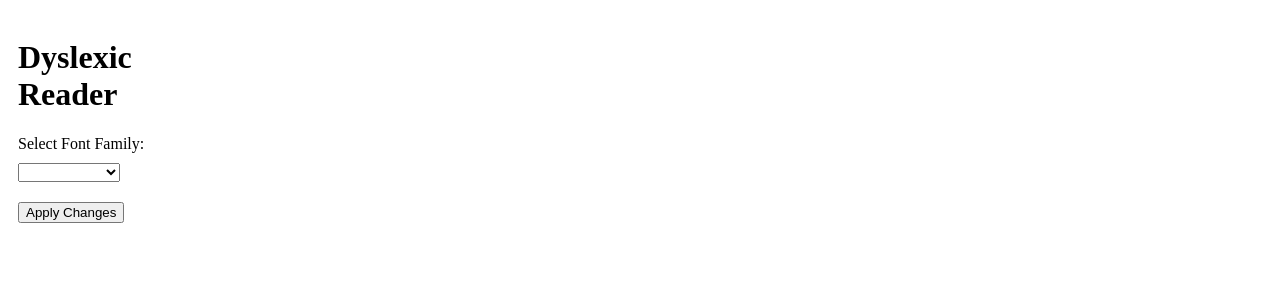
Repository: adatechschool/extension-navigateur-extension_walid_eliana_imelda
Page: extention 5/popup.html
An editor plug-in stored every save of this project. The page is shown before and after the next save, followed by the edit.
The browser window is 1280 px wide. The pictures show the whole page.

Above is the page before, as saved 2024-01-18 23:38:41.

After the next save:
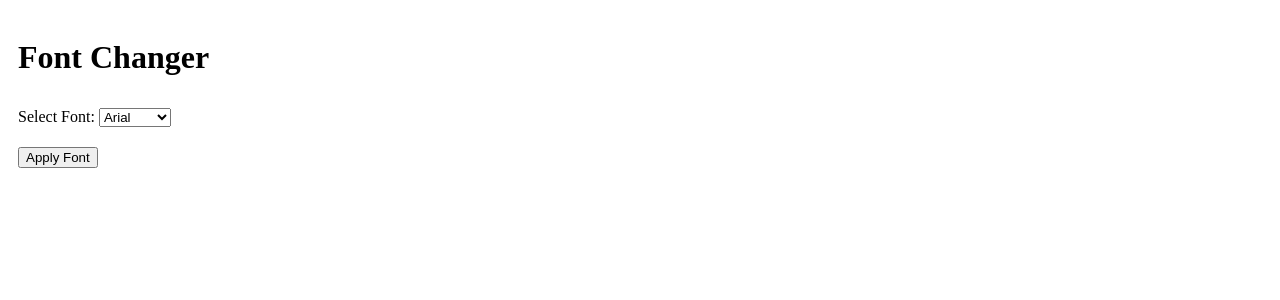
Console error: TypeError: Cannot read properties of null (reading 'addEventListener')
Saved 7 min 56 s later.
--- a/extention 5/popup.html
+++ b/extention 5/popup.html
@@ -2,8 +2,6 @@
 <html lang="en">
 
 <head>
-  <meta charset="UTF-8">
-  <meta name="viewport" content="width=device-width, initial-scale=1.0">
   <link rel="stylesheet" type="text/css" href="popup.css">
   <script type="module" src="popup.js"></script>
 
@@ -13,17 +11,18 @@
 </head>
 
 <body>
-  <h1>Dyslexic Reader</h1>
+  <h1>Font Changer</h1>
 
-  <label for="font-family">Select Font Family:</label>
+  <label for="font-selector">Select Font:</label>
 
-  <select id="font-family">
-    <option></option>
-    <option value="Rockwell">Dyslexic Font</option>
-    <option value="OpenDyslexic-Bold">Bold Letters</option>
+  <select id="font-selector">
+    <option value="Arial">Arial</option>
+    <option value="Verdana">Verdana</option>
+    <option value="Georgia">Georgia</option>
+    <!-- Add more font options as needed -->
   </select>
 
-  <button id="apply-button">Apply Changes</button>
+  <button id="apply-font">Apply Font</button>
 </body>
 
 </html>
